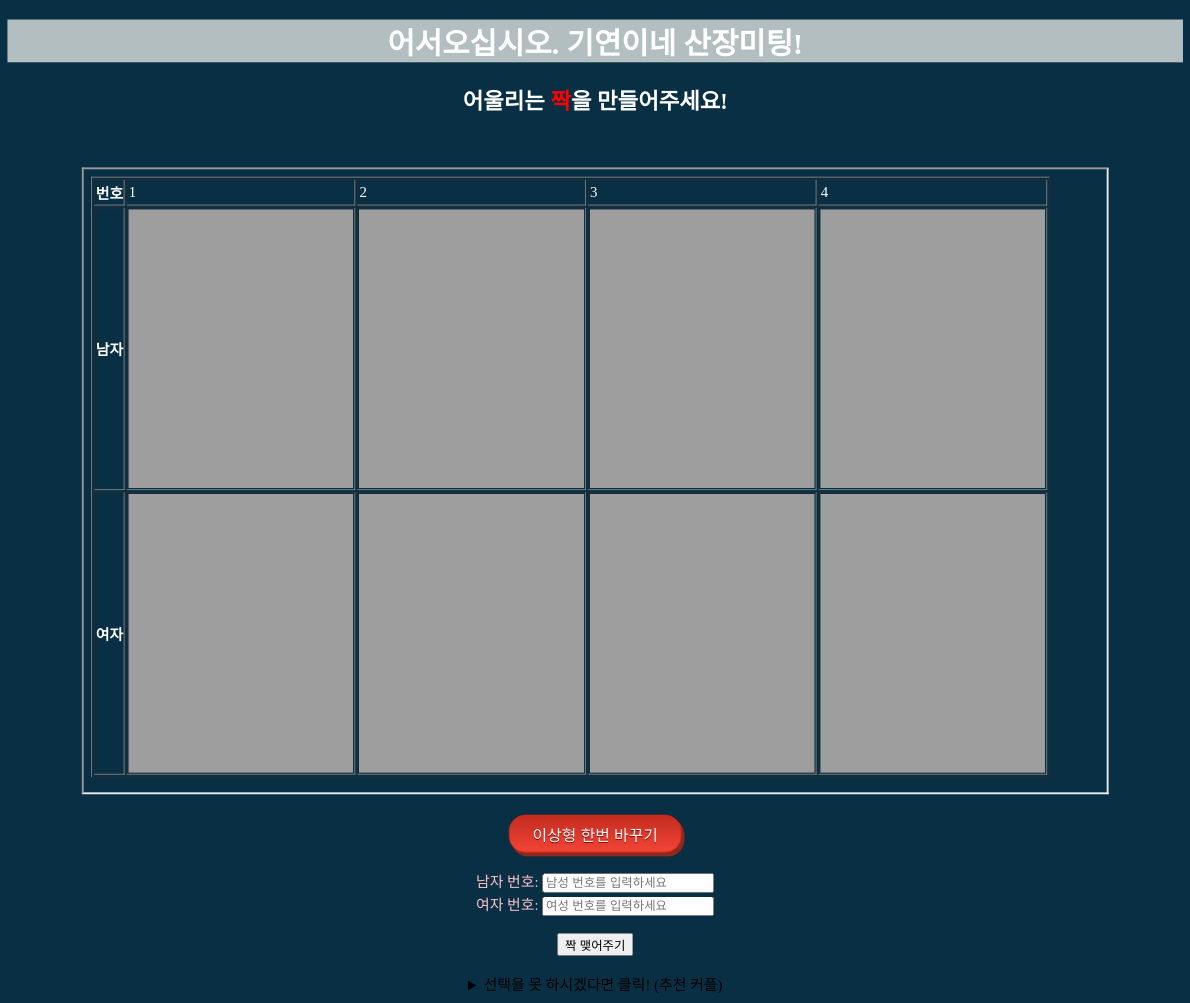
Repository: trapezer84/JSP
Page: http://localhost/AEA_Assignment/
An editor plug-in stored every save of this project. The page is shown before and after the next save, followed by the edit.
The browser window is 1280 px wide. The pictures show the whole page, at 93% of full size.
The page is served by Tomcat 9.

Above is the page before, as saved 2016-02-05 01:16:19.

After the next save:
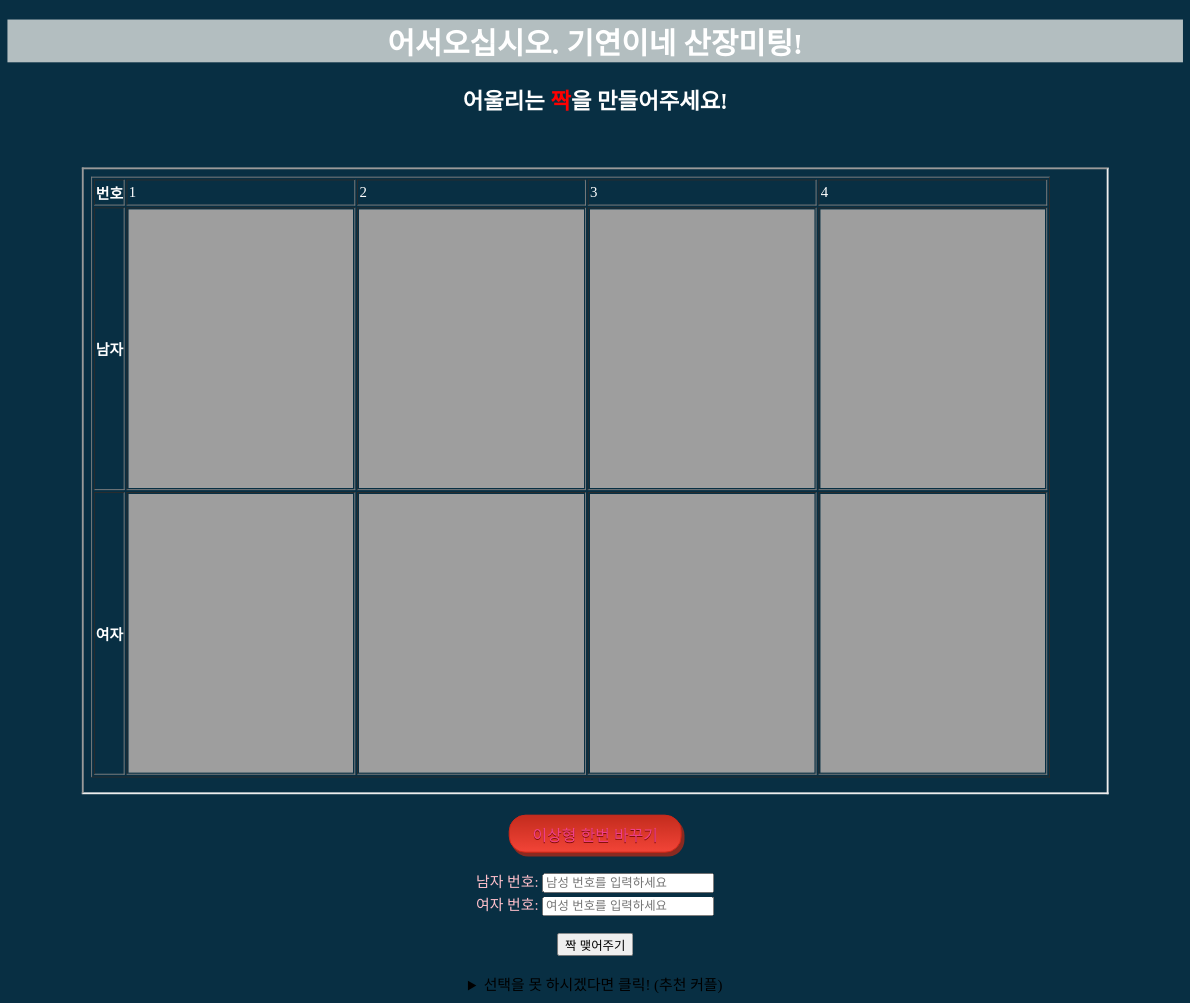
Saved 58 s later.
--- a/AEA_Assignment/WebContent/index.jsp
+++ b/AEA_Assignment/WebContent/index.jsp
@@ -27,7 +27,7 @@
 	border:1px solid #d02718;
 	display:inline-block;
 	cursor:pointer;
-	color:#ffffff;
+	color:#EF4089;
 	font-family:Arial;
 	font-size:17px;
 	padding:7px 25px;

After the save that followed:
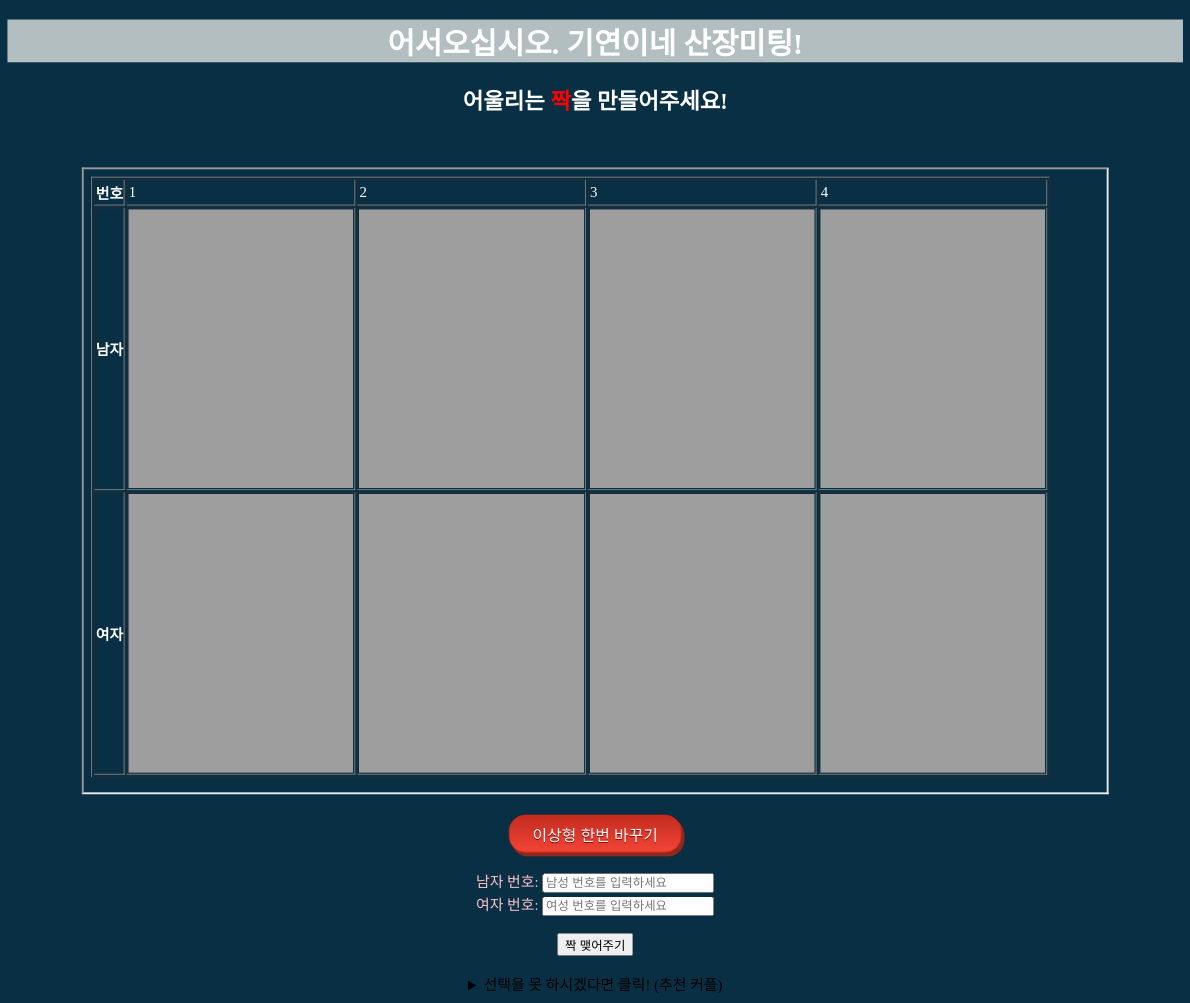
Saved 11 s later.
--- a/AEA_Assignment/WebContent/index.jsp
+++ b/AEA_Assignment/WebContent/index.jsp
@@ -27,7 +27,7 @@
 	border:1px solid #d02718;
 	display:inline-block;
 	cursor:pointer;
-	color:#EF4089;
+	color:white;
 	font-family:Arial;
 	font-size:17px;
 	padding:7px 25px;
